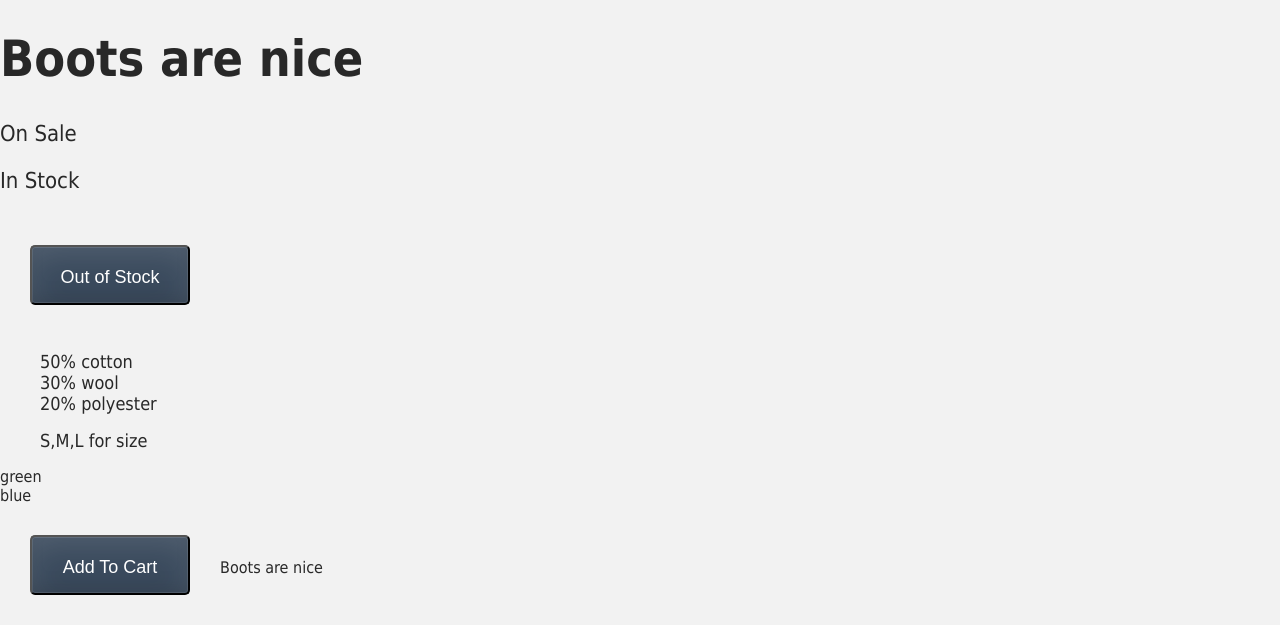
Repository: assassinhua/lab1
Page: index.html
An editor plug-in stored every save of this project. The page is shown before and after the next save, followed by the edit.
The browser window is 1280 px wide. The pictures show the part of the page from y = 484 to 1187 px (the page is 1109 px tall before and 1187 px after).
A picture or video elsewhere on the page could not be fetched, so the positions and the page height are approximate.

Above is the page before, as saved 2024-10-22 19:11:33.

### index.html
<!DOCTYPE html>
<html lang="en">

<head>
    <meta charset="UTF-8" />
    <title>Intro SE331</title>
    <!-- Import Styles -->
    <link rel="stylesheet" href="./assets/styles.css" />
    <!-- Import Vue.js -->
    <script src="https://unpkg.com/vue@3/dist/vue.global.js"></script>
</head>

<body>
    <div id="app">
        <div class="nav-bar"></div>
        <div class="cart">Cart({{ cart}})</div>
        <div class="product-display">
 	      <div class="product-container">
                <div class="product-image">
                    <img :src="image" >
                </div>
                </div>

            </div>


        <div class="product-info">
            <h1>{{product}}</h1>
            <p v-if="inventory > 10">On Sale</p>
            <p v-else-if="inventory <= 10 && inventory > 0">Almost out of on sale</p>
            <p v-else>Out of sale</p>
            <p v-if="inventory > 10">In Stock</p>
            <p v-else-if="inventory <= 10 && inventory > 0">Almost out of Stock</p>
            <p v-else>Out of Stock</p>
            <button class="button" @click="toggleInStock">
                {{ inStock ? 'Out of Stock' : ' In Stock' }}
            </button>
            <ul>
                                <li v-for="detail in details">{{detail}}</li>

                            </ul>
            <ul>
                <li v-for="size in sizes">{{size}}</li>
            </ul>
                            <div v-for="variant in variants" :key="variant.id"
                            @mouseover="updateImage(variant.image)">
                                {{ variant.color}}
            </div>
            <button class="button" @click="addToCart">Add To Cart</button>





            <a :href="productLink">{{ product }}</a>
        </div>

    </div>

    <!-- Import Js -->


    <script src="./main.js"></script>





</body>

</html>

### assets/styles.css
body {
  background-color: #f2f2f2;
  margin: 0px;
  font-family: tahoma;
  color: #282828;
}

.button {
  margin: 30px;
  background-color: #39495c;
  border-radius: 5px;
  font-size: 18px;
  width: 160px;
  height: 60px;
  color: white;
  padding: 20px;
  box-shadow: inset 0 -0.6em 1em -0.35em rgba(0, 0, 0, 0.17),
    inset 0 0.6em 2em -0.3em rgba(255, 255, 255, 0.15),
    inset 0 0 0em 0.05em rgba(255, 255, 255, 0.12);
  text-align: center;
  cursor: pointer;
}

.cart {
  margin: 25px 100px;
  float: right;
  border: 1px solid #d8d8d8;
  padding: 10px 30px;
  background-color: white;
  -webkit-box-shadow: 0px 2px 15px -12px rgba(0, 0, 0, 0.57);
  -moz-box-shadow: 0px 2px 15px -12px rgba(0, 0, 0, 0.57);
  box-shadow: 2px 15px -12px rgba(0, 0, 0, 0.57);
}

.color-circle {
  width: 50px;
  height: 50px;
  margin-top: 8px;
  border: 2px solid #d8d8d8;
  border-radius: 50%;
}


.disabledButton {
  background-color: #d8d8d8;
  cursor: not-allowed;
}

h1 {
  font-size: 50px;
}

h3 {
  font-size: 25px;
}

img {
  border: 2px solid #d8d8d8;
  width: 70%;
  margin: 40px;
  padding: 15px;
  -webkit-box-shadow: 0px 2px 15px -12px rgba(0, 0, 0, 0.57);
  -moz-box-shadow: 0px 2px 15px -12px rgba(0, 0, 0, 0.57);
  box-shadow: 2px 15px -12px rgba(0, 0, 0, 0.57);
}

input {
  width: 100%;
  height: 40px;
  margin-bottom: 20px;
}

label {
  font-size: 20px;
  margin-bottom: 5px;
}

li {
  font-size: 18px;
}

.nav-bar {
  background: linear-gradient(-90deg, #84cf6a, #16c0b0);
  height: 60px;
  margin-bottom: 25px;
  -webkit-box-shadow: 0px 2px 15px -12px rgba(0, 0, 0, 0.57);
  -moz-box-shadow: 0px 2px 15px -12px rgba(0, 0, 0, 0.57);
  box-shadow: 1px 1px 5px rgba(0, 0, 0, 0.57);
}

.out-of-stock-img {
  opacity:0.5
}

p {
  font-size: 22px;
}

.product-display {
  display: flex;
  flex-direction: column;
  padding: 1rem;
}

.product-container {
  display: flex;
  flex-direction: row;
  flex-wrap: wrap;
}

.product-image,
.product-info {
  width: 50%;
}

.review-form {
  display: flex;
  flex-direction: column;
  width: 425px;
  padding: 20px;
  margin: 40px;
  border: 2px solid #d8d8d8;
  background-color: white;
  -webkit-box-shadow: 0px 2px 15px -12px rgba(0, 0, 0, 0.57);
  -moz-box-shadow: 0px 2px 15px -12px rgba(0, 0, 0, 0.57);
  box-shadow: 2px 15px -12px rgba(0, 0, 0, 0.57);
}

.review-container {
  width: 425px;
  padding: 20px;
  background-color: white;
  -webkit-box-shadow: 0px 2px 20px -12px rgba(0, 0, 0, 0.57);
  -moz-box-shadow: 0px 2px 20px -12px rgba(0, 0, 0, 0.57);
  box-shadow: 2px 20px -12px rgba(0, 0, 0, 0.57);
  margin-left: 40px;
  border: 2px solid #d8d8d8;
}

.review-container li {
  margin-bottom: 30px;
}

.review-form .button {
  display: block;
  margin: 30px auto;
}

select {
  height: 40px;
  font-size: 20px;
  background-color: white;
  cursor: pointer;
}

textarea {
  width: 95%;
  height: 70px;
  padding: 10px;
  font-size: 20px;
  margin-bottom: 20px;
}

ul {
  list-style-type: none;
}

@media only screen and (max-width: 600px) {
  .container {
    flex-direction: column;
  }

  .product-image,
  .product-info {
    margin-left: 10px;
    width: 100%;
  }

  .review-form {
    width: 90%;
  }
}

### main.js
const { createApp, ref } = Vue

createApp({
    setup(){
        const product = ref('Boots are  nice')


        const image = ref('./assets/images/socks_green.jpg')
       const inStock = ref(true)
        const inventory  = ref(100)
        const OnSale = ref(true)
        const details = ref([
                       '50% cotton',
                       '30% wool',
                       '20% polyester',

                   ])

        const sizes = ref([
                       'S,M,L for size',
        ])
        const variants = ref([
            { id: 2234, color: 'green', image: './assets/images/socks_green.jpg' },
            { id: 2235, color: 'blue', image: './assets/images/socks_blue.jpg' }
                   ])
                   const cart = ref(0)
                   function addToCart() {
                                cart.value +=1
                            }
                            function updateImage(variantImage){
                                            image.value = variantImage
                            }
             const toggleInStock = () => {
                                inStock.value = !inStock.value;
                            }

        return {
            product,
            image,
            inStock,
            inventory,
            OnSale,
            details,
            variants,
            sizes,
            cart,
            addToCart,
            updateImage,
            toggleInStock
        }
}



    }

).mount('#app')

After the next save:
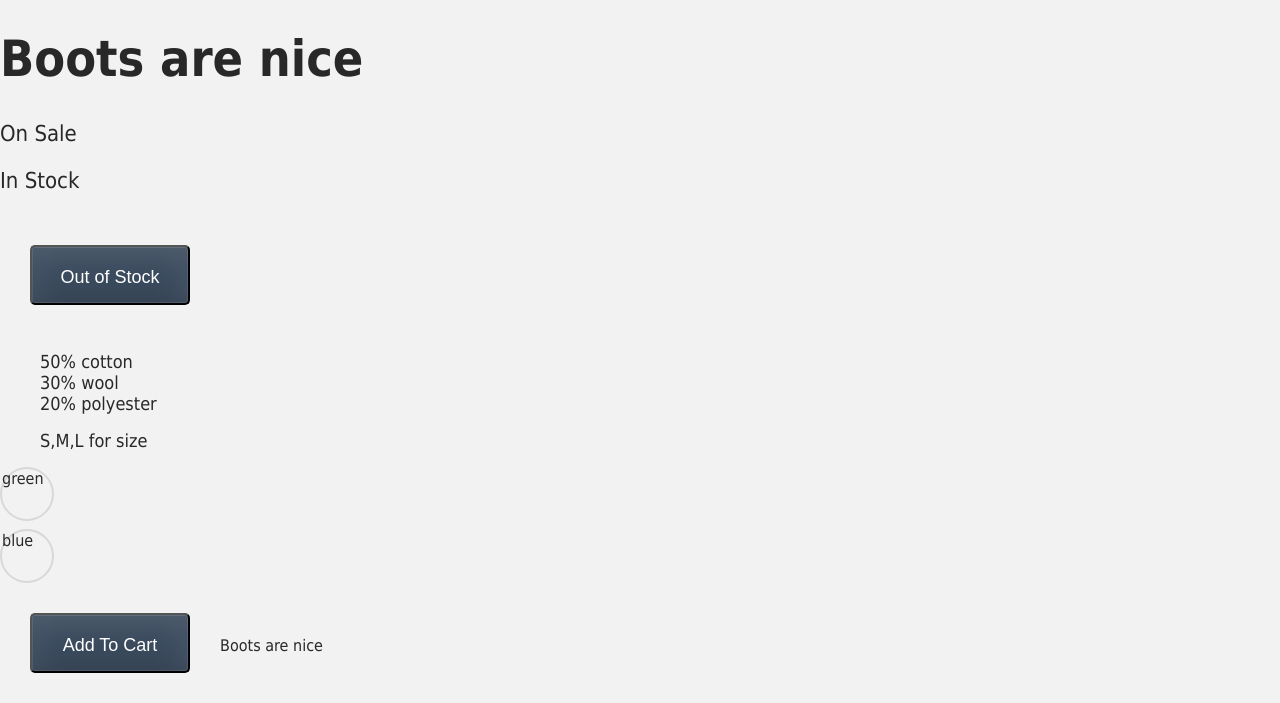
Saved 2 min 15 s later.
--- a/index.html
+++ b/index.html
@@ -42,8 +42,7 @@
             <ul>
                 <li v-for="size in sizes">{{size}}</li>
             </ul>
-                            <div v-for="variant in variants" :key="variant.id"
-                            @mouseover="updateImage(variant.image)">
+            <div v-for="variant in variants" :key="variant.id" @mouseover="updateImage(variant.image)" class="color-circle">
                                 {{ variant.color}}
             </div>
             <button class="button" @click="addToCart">Add To Cart</button>
